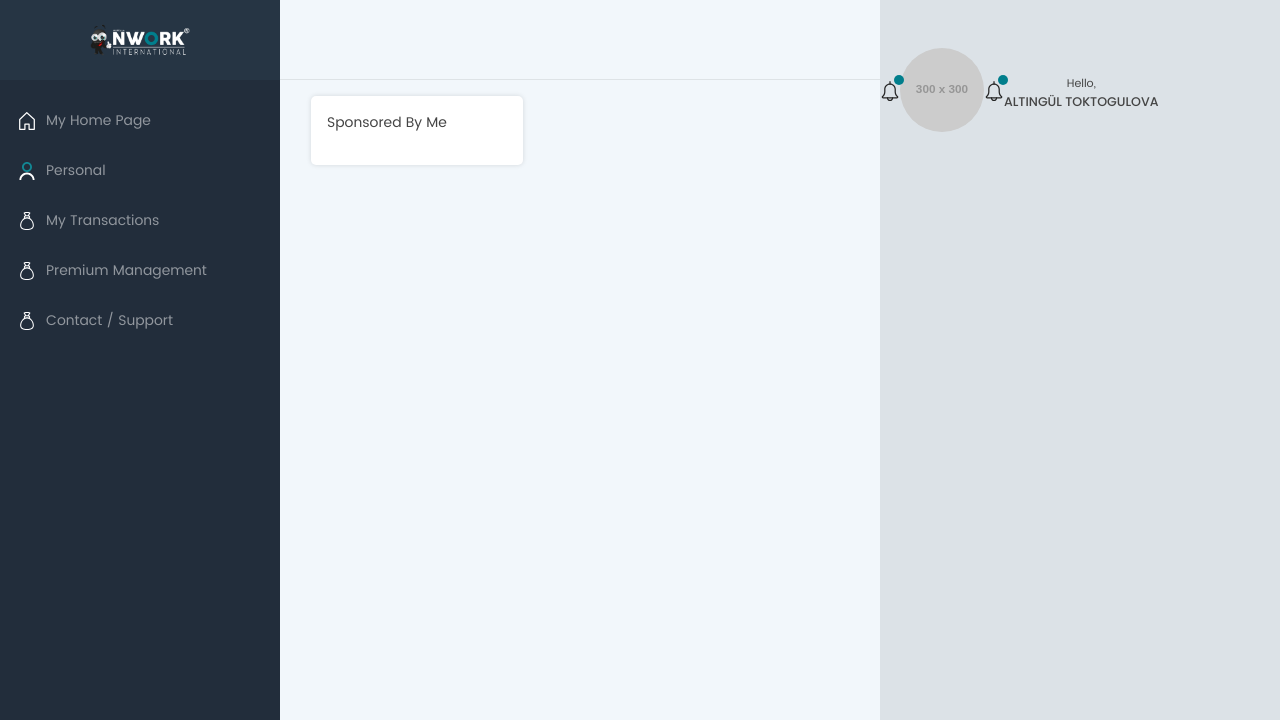
Repository: KayahanKahriman/nwork-admin
Page: index.html
These files come from the project's save history. The page is drawn as it stood at one moment and after the next save; the edit follows.
The browser window is 1280 px wide. The pictures show the whole page.
Some web fonts or font styles are not loaded; a fallback is used. The style sheet was rebuilt from its Sass, Less or Tailwind sources for each picture, by a compiler version that may differ from the author's.

Above is the page before, as saved 2021-06-09 16:16:16.

### index.html
<!doctype html>
<html>

<head>
    <meta name="viewport" content="width=device-width, initial-scale=1, maximum-scale=1, user-scalable=no">
    <meta charset="utf-8" />
    <title>Başlık</title>
    <link rel="preconnect" href="https://fonts.gstatic.com">
    <link href="https://fonts.googleapis.com/css2?family=Poppins:wght@300;400;600;800&display=swap" rel="stylesheet">
    <link href="assets/css/style.css" type="text/css" rel="stylesheet" />
</head>

<body>
    <header class="d-flex align-items-center">
        <div id="header-left" class="text-center p-3 d-flex align-items-center justify-content-center">
            <a href="#">
                <img width="100" src="./assets/images/logo-white.png" alt="">
            </a>
        </div>
        <div id="header-right" class="p-3 d-flex align-items-center justify-content-end">

        </div>
    </header>
    <aside>
        <div id="accordion-menu">
            <div class="accordion-item mb-4">
                <div class="accordion-title">
                    <svg class="accordion-icon" viewBox="0 0 512 512">
                        <path d="M475.425,200.225L262.092,4.669c-6.951-6.359-17.641-6.204-24.397,0.35L36.213,200.574 c-3.449,3.348-5.399,7.953-5.399,12.758v280.889c0,9.819,7.958,17.778,17.778,17.778h148.148c9.819,0,17.778-7.959,17.778-17.778    v-130.37h82.963v130.37c0,9.819,7.958,17.778,17.778,17.778h148.148c9.819,0,17.778-7.953,17.778-17.778V213.333    C481.185,208.349,479.099,203.597,475.425,200.225z M445.629,476.444H333.037v-130.37c0-9.819-7.959-17.778-17.778-17.778H196.741    c-9.819,0-17.778,7.959-17.778,17.778v130.37H66.37V220.853L250.424,42.216l195.206,178.939V476.444z" style="fill: rgb(255, 255, 255);"></path>
                    </svg>
                    <a href="#">My Home Page</a>
                </div>
            </div>
            <div class="accordion-item mb-4">
                <div class="accordion-title">
                    <svg class="accordion-icon" viewBox="0 0 19.738 19.738">
                        <path fill="#ffffff" d="M18.18,19.738h-2c0-3.374-2.83-6.118-6.311-6.118s-6.31,2.745-6.31,6.118h-2   c0-4.478,3.729-8.118,8.311-8.118C14.451,11.62,18.18,15.26,18.18,19.738z"></path>
                        <path fill="#128794" d="M9.87,10.97c-3.023,0-5.484-2.462-5.484-5.485C4.385,2.461,6.846,0,9.87,0   c3.025,0,5.486,2.46,5.486,5.485S12.895,10.97,9.87,10.97z M9.87,2C7.948,2,6.385,3.563,6.385,5.485S7.948,8.97,9.87,8.97   c1.923,0,3.486-1.563,3.486-3.485S11.791,2,9.87,2z"></path>
                    </svg>
                    Personal
                </div>
                <ul class="accordion-ul list-unstyled mb-0">
                    <li><a href="#">Info Update and Acquittal Form</a></li>
                    <li><a href="#">My Current Movements</a></li>
                    <li><a href="#">My Bank Info</a></li>
                    <li><a href="#">Membership Info</a></li>
                    <li><a href="#">Change Password</a></li>
                </ul>
            </div>
            <div class="accordion-item mb-4">
                <div class="accordion-title">
                    <svg class="accordion-icon" viewBox="0 0 512 512">
                        <path d="M394.919,225.259c-17.828-21.933-38.208-39.407-60.58-51.973c3.664-4.335,6.555-9.418,8.422-15.083    c7.326-22.309-3.375-48.809-30.688-57.442l38.289-66.765c4.831-8.426,0.491-19.158-8.824-21.866C313.854,4.081,285.076,0,256,0    s-57.854,4.081-85.538,12.13c-9.326,2.711-13.649,13.45-8.824,21.866l38.289,66.766c-27.205,8.589-38.041,35.05-30.684,57.453    c1.861,5.65,4.751,10.73,8.426,15.067c-22.375,12.566-42.757,30.042-60.587,51.977C81.441,269.106,61,324.413,61,377    c0,109.091,87.047,135,195,135c108.029,0,195-25.953,195-135C451,324.413,430.559,269.106,394.919,225.259z M197.496,36.218    C216.633,32.087,236.238,30,256,30c19.762,0,39.367,2.087,58.504,6.218L281.471,93.82c-16.919-2.362-34.018-2.361-50.941,0.001    L197.496,36.218z M207.296,129.896c25.815-8.468,52.823-10.073,79.08-4.824c0.031,0.006,0.063,0.012,0.094,0.018    c6.12,1.228,12.199,2.826,18.213,4.799c7.861,2.591,12.157,11.094,9.58,18.941c-1.873,5.683-6.818,9.597-12.635,10.231    C286.672,154.378,271.417,152,256,152c-15.386,0-30.611,2.368-45.538,7.032c-5.907-0.608-10.864-4.55-12.721-10.188    C195.16,140.983,199.456,132.479,207.296,129.896z M256,482.2c-117.196,0-165-30.62-165-105.2    c0-45.142,18.453-94.793,49.36-132.818C172.955,204.083,214.023,182,256,182c46.206,0,86.621,26.482,115.64,62.182    C402.547,282.207,421,331.858,421,377C421,451.58,373.196,482.2,256,482.2z" style="fill: rgb(255, 255, 255);"></path>
                    </svg>
                    My Transactions
                </div>
                <ul class="accordion-ul list-unstyled mb-0">
                    <li><a href="#">My Cart</a></li>
                    <li><a href="#">Orders</a></li>
                    <li><a href="#">Invoices</a></li>
                    <li><a href="#">Credit Card Capture</a></li>
                    <li><a href="#">Payment Notification</a></li>
                </ul>
            </div>
            <div class="accordion-item mb-4">
                <div class="accordion-title">
                    <svg class="accordion-icon" viewBox="0 0 512 512">
                        <path d="M394.919,225.259c-17.828-21.933-38.208-39.407-60.58-51.973c3.664-4.335,6.555-9.418,8.422-15.083    c7.326-22.309-3.375-48.809-30.688-57.442l38.289-66.765c4.831-8.426,0.491-19.158-8.824-21.866C313.854,4.081,285.076,0,256,0    s-57.854,4.081-85.538,12.13c-9.326,2.711-13.649,13.45-8.824,21.866l38.289,66.766c-27.205,8.589-38.041,35.05-30.684,57.453    c1.861,5.65,4.751,10.73,8.426,15.067c-22.375,12.566-42.757,30.042-60.587,51.977C81.441,269.106,61,324.413,61,377    c0,109.091,87.047,135,195,135c108.029,0,195-25.953,195-135C451,324.413,430.559,269.106,394.919,225.259z M197.496,36.218    C216.633,32.087,236.238,30,256,30c19.762,0,39.367,2.087,58.504,6.218L281.471,93.82c-16.919-2.362-34.018-2.361-50.941,0.001    L197.496,36.218z M207.296,129.896c25.815-8.468,52.823-10.073,79.08-4.824c0.031,0.006,0.063,0.012,0.094,0.018    c6.12,1.228,12.199,2.826,18.213,4.799c7.861,2.591,12.157,11.094,9.58,18.941c-1.873,5.683-6.818,9.597-12.635,10.231    C286.672,154.378,271.417,152,256,152c-15.386,0-30.611,2.368-45.538,7.032c-5.907-0.608-10.864-4.55-12.721-10.188    C195.16,140.983,199.456,132.479,207.296,129.896z M256,482.2c-117.196,0-165-30.62-165-105.2    c0-45.142,18.453-94.793,49.36-132.818C172.955,204.083,214.023,182,256,182c46.206,0,86.621,26.482,115.64,62.182    C402.547,282.207,421,331.858,421,377C421,451.58,373.196,482.2,256,482.2z" style="fill: rgb(255, 255, 255);"></path>
                    </svg>
                    Premium Management
                </div>
                <ul class="accordion-ul list-unstyled mb-0">
                    <li><a href="#">My Orders</a></li>
                    <li><a href="#">My Premiums</a></li>
                    <li><a href="#">My Clients</a></li>
                    <li><a href="#">Binary Tree</a></li>
                    <li><a href="#">Reference Tree</a></li>
                    <li><a href="#">Binary Turnover Movements</a></li>
                    <li><a href="#">Premium Reference</a></li>
                </ul>
            </div>
            <div class="accordion-item mb-4">
                <div class="accordion-title">
                    <svg class="accordion-icon" viewBox="0 0 512 512">
                        <path d="M394.919,225.259c-17.828-21.933-38.208-39.407-60.58-51.973c3.664-4.335,6.555-9.418,8.422-15.083    c7.326-22.309-3.375-48.809-30.688-57.442l38.289-66.765c4.831-8.426,0.491-19.158-8.824-21.866C313.854,4.081,285.076,0,256,0    s-57.854,4.081-85.538,12.13c-9.326,2.711-13.649,13.45-8.824,21.866l38.289,66.766c-27.205,8.589-38.041,35.05-30.684,57.453    c1.861,5.65,4.751,10.73,8.426,15.067c-22.375,12.566-42.757,30.042-60.587,51.977C81.441,269.106,61,324.413,61,377    c0,109.091,87.047,135,195,135c108.029,0,195-25.953,195-135C451,324.413,430.559,269.106,394.919,225.259z M197.496,36.218    C216.633,32.087,236.238,30,256,30c19.762,0,39.367,2.087,58.504,6.218L281.471,93.82c-16.919-2.362-34.018-2.361-50.941,0.001    L197.496,36.218z M207.296,129.896c25.815-8.468,52.823-10.073,79.08-4.824c0.031,0.006,0.063,0.012,0.094,0.018    c6.12,1.228,12.199,2.826,18.213,4.799c7.861,2.591,12.157,11.094,9.58,18.941c-1.873,5.683-6.818,9.597-12.635,10.231    C286.672,154.378,271.417,152,256,152c-15.386,0-30.611,2.368-45.538,7.032c-5.907-0.608-10.864-4.55-12.721-10.188    C195.16,140.983,199.456,132.479,207.296,129.896z M256,482.2c-117.196,0-165-30.62-165-105.2    c0-45.142,18.453-94.793,49.36-132.818C172.955,204.083,214.023,182,256,182c46.206,0,86.621,26.482,115.64,62.182    C402.547,282.207,421,331.858,421,377C421,451.58,373.196,482.2,256,482.2z" style="fill: rgb(255, 255, 255);"></path>
                    </svg>
                    Contact / Support
                </div>
                <ul class="accordion-ul list-unstyled mb-0">
                    <li><a href="#">Documents</a></li>
                </ul>
            </div>
        </div>
    </aside>
    <main class="p-3">
        <div class="container-fluid">
            <div class="row">
                <div class="col-3">
                    <div class="white-box shadow-box p-3">
                        <p>Sponsored By Me</p>
                    </div>
                </div>
            </div>
        </div>
    </main>
    <section id="user-aside" class="text-center py-5">

        <div class="d-flex align-items-center">
            <div id="notification" class="has-notification">
                <a href="#">
                    <svg fill="#242424" width="20" height="20" viewBox="-43 0 512 512">
                        <path d="m213.332031 512c-44.117187 0-80-35.882812-80-80 0-8.832031 7.167969-16 16-16s16 7.167969 16 16c0 26.476562 21.527344 48 48 48 26.476563 0 48-21.523438 48-48 0-8.832031 7.167969-16 16-16s16 7.167969 16 16c0 44.117188-35.882812 80-80 80zm0 0"></path>
                        <path d="m389.332031 448h-352c-20.585937 0-37.332031-16.746094-37.332031-37.332031 0-10.925781 4.757812-21.269531 13.054688-28.375 32.449218-27.414063 50.945312-67.261719 50.945312-109.480469v-59.480469c0-82.34375 66.988281-149.332031 149.332031-149.332031 82.347657 0 149.335938 66.988281 149.335938 149.332031v59.480469c0 42.21875 18.496093 82.066406 50.730469 109.332031 8.511718 7.253907 13.269531 17.597657 13.269531 28.523438 0 20.585937-16.746094 37.332031-37.335938 37.332031zm-176-352c-64.703125 0-117.332031 52.628906-117.332031 117.332031v59.480469c0 51.644531-22.632812 100.414062-62.078125 133.757812-.75.640626-1.921875 1.964844-1.921875 4.097657 0 2.898437 2.433594 5.332031 5.332031 5.332031h352c2.902344 0 5.335938-2.433594 5.335938-5.332031 0-2.132813-1.175781-3.457031-1.878907-4.054688-39.488281-33.386719-62.121093-82.15625-62.121093-133.800781v-59.480469c0-64.703125-52.628907-117.332031-117.335938-117.332031zm0 0"></path>
                        <path d="m213.332031 96c-8.832031 0-16-7.167969-16-16v-64c0-8.832031 7.167969-16 16-16s16 7.167969 16 16v64c0 8.832031-7.167969 16-16 16zm0 0"></path>
                    </svg>
                    <i></i>
                </a>
            </div>

            <div id="user-image">
                <img class="img-cover" src="//via.placeholder.com/300x300" alt="">
            </div>

            <div id="notification" class="has-notification">
                <a href="#">
                    <svg fill="#242424" width="20" height="20" viewBox="-43 0 512 512">
                        <path d="m213.332031 512c-44.117187 0-80-35.882812-80-80 0-8.832031 7.167969-16 16-16s16 7.167969 16 16c0 26.476562 21.527344 48 48 48 26.476563 0 48-21.523438 48-48 0-8.832031 7.167969-16 16-16s16 7.167969 16 16c0 44.117188-35.882812 80-80 80zm0 0"></path>
                        <path d="m389.332031 448h-352c-20.585937 0-37.332031-16.746094-37.332031-37.332031 0-10.925781 4.757812-21.269531 13.054688-28.375 32.449218-27.414063 50.945312-67.261719 50.945312-109.480469v-59.480469c0-82.34375 66.988281-149.332031 149.332031-149.332031 82.347657 0 149.335938 66.988281 149.335938 149.332031v59.480469c0 42.21875 18.496093 82.066406 50.730469 109.332031 8.511718 7.253907 13.269531 17.597657 13.269531 28.523438 0 20.585937-16.746094 37.332031-37.335938 37.332031zm-176-352c-64.703125 0-117.332031 52.628906-117.332031 117.332031v59.480469c0 51.644531-22.632812 100.414062-62.078125 133.757812-.75.640626-1.921875 1.964844-1.921875 4.097657 0 2.898437 2.433594 5.332031 5.332031 5.332031h352c2.902344 0 5.335938-2.433594 5.335938-5.332031 0-2.132813-1.175781-3.457031-1.878907-4.054688-39.488281-33.386719-62.121093-82.15625-62.121093-133.800781v-59.480469c0-64.703125-52.628907-117.332031-117.335938-117.332031zm0 0"></path>
                        <path d="m213.332031 96c-8.832031 0-16-7.167969-16-16v-64c0-8.832031 7.167969-16 16-16s16 7.167969 16 16v64c0 8.832031-7.167969 16-16 16zm0 0"></path>
                    </svg>
                    <i></i>
                </a>
            </div>

            <div id="user" class="mt-2">
                <span>Hello,</span>
                <p class="mb-0">altıngül toktogulova</p>
            </div>
        </div>

    </section>
    <script type="text/javascript" src="assets/js/index.js"></script>
    <script type="text/javascript" src="assets/js/accordion.js"></script>
</body>

</html>

### assets/scss/style.scss
@import "main";

main {
  margin-left: var(--aside-width);
}

.white-box {
  background: white;
  border-radius: 5px;
  position: relative;
}

.shadow-box {
  box-shadow: 0 0 5px #00000020;
}

.box-title {
  font-weight: normal;
}

/*------------------------------------*\
    RESPONSIVE
\*------------------------------------*/

@media only screen and (min-width: 320px) {
}

@media only screen and (min-width: 480px) {
}

@media only screen and (min-width: 768px) {
}

@media only screen and (min-width: 1024px) {
}

@media only screen and (min-width: 1140px) {
}

@media only screen and (min-width: 1280px) {
}

@media only screen and (-webkit-min-device-pixel-ratio: 1.5),
  only screen and (min-resolution: 144dpi) {
}

### assets/scss/flex-grid/_flexgrid.scss
@import "functions";
@import "variables";
@import "mixins";
@import "reboot";
@import "utilities";
@import "grid";

### assets/scss/flex-grid/_mixins.scss
// Toggles
//
// Used in conjunction with global variables to enable certain theme features.

// Vendor
@import "vendor/rfs";


// Utilities
@import "mixins/breakpoints";
@import "mixins/image";
@import "mixins/hover";
@import "mixins/deprecate";
@import "mixins/text-hide";
@import "mixins/text-truncate";
@import "mixins/text-emphasis";
@import "mixins/size";


// // Layout
@import "mixins/clearfix";
@import "mixins/grid-framework";
@import "mixins/grid";
@import "mixins/float";

### assets/scss/flex-grid/mixins/_image.scss
// Image Mixins
// - Responsive image
// - Retina image


// Responsive image
//
// Keep images from scaling beyond the width of their parents.

@mixin img-fluid {
  // Part 1: Set a maximum relative to the parent
  max-width: 100%;
  // Part 2: Override the height to auto, otherwise images will be stretched
  // when setting a width and height attribute on the img element.
  height: auto;
}


// Retina image
//
// Short retina mixin for setting background-image and -size.

@mixin img-retina($file-1x, $file-2x, $width-1x, $height-1x) {
  background-image: url($file-1x);

  // Autoprefixer takes care of adding -webkit-min-device-pixel-ratio and -o-min-device-pixel-ratio,
  // but doesn't convert dppx=>dpi.
  // There's no such thing as unprefixed min-device-pixel-ratio since it's nonstandard.
  // Compatibility info: https://caniuse.com/#feat=css-media-resolution
  @media only screen and (min-resolution: 192dpi), // IE9-11 don't support dppx
    only screen and (min-resolution: 2dppx) { // Standardized
    background-image: url($file-2x);
    background-size: $width-1x $height-1x;
  }
  @include deprecate("`img-retina()`", "v4.3.0", "v5");
}

### assets/scss/flex-grid/mixins/_hover.scss
// Hover mixin and `$enable-hover-media-query` are deprecated.
//
// Originally added during our alphas and maintained during betas, this mixin was
// designed to prevent `:hover` stickiness on iOS-an issue where hover styles
// would persist after initial touch.
//
// For backward compatibility, we've kept these mixins and updated them to
// always return their regular pseudo-classes instead of a shimmed media query.
//
// Issue: https://github.com/twbs/bootstrap/issues/25195

@mixin hover {
  &:hover { @content; }
}

@mixin hover-focus {
  &:hover,
  &:focus {
    @content;
  }
}

@mixin plain-hover-focus {
  &,
  &:hover,
  &:focus {
    @content;
  }
}

@mixin hover-focus-active {
  &:hover,
  &:focus,
  &:active {
    @content;
  }
}

### assets/scss/flex-grid/mixins/_grid.scss
/// Grid system
//
// Generate semantic grid columns with these mixins.

@mixin make-container($gutter: $grid-gutter-width) {
  width: 100%;
  padding-right: $gutter / 2;
  padding-left: $gutter / 2;
  margin-right: auto;
  margin-left: auto;
}


// For each breakpoint, define the maximum width of the container in a media query
@mixin make-container-max-widths($max-widths: $container-max-widths, $breakpoints: $grid-breakpoints) {
  @each $breakpoint, $container-max-width in $max-widths {
    @include media-breakpoint-up($breakpoint, $breakpoints) {
      max-width: $container-max-width;
    }
  }
}

@mixin make-row($gutter: $grid-gutter-width) {
  display: flex;
  flex-wrap: wrap;
  margin-right: -$gutter / 2;
  margin-left: -$gutter / 2;
}

@mixin make-col-ready($gutter: $grid-gutter-width) {
  position: relative;
  // Prevent columns from becoming too narrow when at smaller grid tiers by
  // always setting `width: 100%;`. This works because we use `flex` values
  // later on to override this initial width.
  width: 100%;
  padding-right: $gutter / 2;
  padding-left: $gutter / 2;
}

@mixin make-col($size, $columns: $grid-columns) {
  flex: 0 0 percentage($size / $columns);
  // Add a `max-width` to ensure content within each column does not blow out
  // the width of the column. Applies to IE10+ and Firefox. Chrome and Safari
  // do not appear to require this.
  max-width: percentage($size / $columns);
}

@mixin make-col-offset($size, $columns: $grid-columns) {
  $num: $size / $columns;
  margin-left: if($num == 0, 0, percentage($num));
}

### assets/scss/flex-grid/_utilities.scss
@import "utilities/align";
@import "utilities/clearfix";
@import "utilities/display";
@import "utilities/flex";
@import "utilities/float";
@import "utilities/position";
@import "utilities/text";
@import "utilities/spacing";
@import "utilities/sizing";

### assets/scss/flex-grid/_grid.scss
// Container widths
//
// Set the container width, and override it for fixed navbars in media queries.

@if $enable-grid-classes {
  .container {
    @include make-container();
    @include make-container-max-widths();
  }
}

// Fluid container
//
// Utilizes the mixin meant for fixed width containers, but with 100% width for
// fluid, full width layouts.

@if $enable-grid-classes {
  .container-fluid {
    @include make-container();
  }
}

// Row
//
// Rows contain and clear the floats of your columns.

@if $enable-grid-classes {
  .row {
    @include make-row();
  }

  // Remove the negative margin from default .row, then the horizontal padding
  // from all immediate children columns (to prevent runaway style inheritance).
  .no-gutters {
    margin-right: 0;
    margin-left: 0;

    > .col,
    > [class*="col-"] {
      padding-right: 0;
      padding-left: 0;
    }
  }
}

// Columns
//
// Common styles for small and large grid columns

@if $enable-grid-classes {
  @include make-grid-columns();
}

### assets/scss/_vars.scss
$primary-color: #079ca5;
$text-color: #0d0a46;
$link-color: #0d0a46;
$bg: #f7f8fc;
$poppins-light: "Poppins-Light";
$poppins-regular: "Poppins-Regular";
$poppins-medium: "Poppins-Medium";
$poppins-bold: "Poppins-Bold";
$default-font: $poppins-regular;

### assets/scss/_colors.scss
:root {
  --primary-color: #017e8c;
  --dark-blue: #222d3b;
  --border-color: #00000015;
  --light-gray: #f9f9f9;
  --light-blue: #b4c0cd;
  --logo-bg: #263544;
  --bg-color: #f2f7fb;
  --darker-bg-color: #dce2e7;
  --text-color: #444444;
}

### assets/scss/_img.scss
@mixin img($size, $alignment) {
  width: 100%;
  height: 100%;
  object-fit: $size;
  object-position: $alignment;
}

.img-cover {
  @include img(cover, center center);
}

.img-contain {
  @include img(contain, center center);
}

### assets/scss/_sizes.scss
:root {
  --header-height: 80px;
  --aside-width: 280px;
  --user-aside-width: 400px;
  --main-width: calc((100% - var(--aside-width)) - var(--user-aside-width));
}

### assets/scss/_header.scss
header {
  height: var(--header-height);
  #header-left {
    width: var(--aside-width);
    background: var(--logo-bg);
    height: 100%;
  }
  #header-right {
    width: var(--main-width);
    border-bottom: 1px solid var(--border-color);
    height: 100%;
  }
}

### assets/scss/_aside.scss
aside {
  width: var(--aside-width);
  height: 100vh;
  background: var(--dark-blue);
  position: fixed;
}

### assets/scss/_user-aside.scss
#user-aside {
  width: var(--user-aside-width);
  position: fixed;
  top: 0;
  right: 0;
  background: var(--darker-bg-color);
  height: 100vw;
}

#user-image {
  border-radius: 50%;
  width: 6em;
  height: 6em;
  overflow: hidden;
}

#user {
  span {
    font-style: normal;
    display: block;
    font-size: 0.8em;
  }
  p {
    font-size: 0.9em;
    font-family: $poppins-medium;
    text-transform: uppercase;
  }
}
.has-notification {
  position: relative;
  i {
    background: var(--primary-color);
    width: 10px;
    height: 10px;
    border-radius: 50%;
    position: absolute;
    top: -4px;
    right: -4px;
  }
}

### assets/scss/_accordion-menu.scss
#accordion-menu {
  padding: 30px 0;
}

.accordion-item {
  padding: 0 15px;
  border-left: 3px solid transparent;
  transition: all 0.3s ease-in-out;
  max-height: 30px;
  overflow: hidden;
}

.accordion-active-item {
  border-color: var(--primary-color);
  transition: all 0.3s ease-in-out;
  max-height: 1000px;
}

.accordion-icon {
  width: 18px;
  height: 18px;
}

.accordion-title {
  display: flex;
  align-items: center;
  column-gap: 10px;
  margin-bottom: 5px;
  cursor: pointer;
  color: #ffffff80;
  transition: all 0.2s ease-in-out;

  &:hover {
    color: #ffffff;
    a {
      color: #ffffff;
    }
  }

  a {
    color: #ffffff80;
    transition: all 0.2s ease-in-out;
  }

  &.accordion-active {
    color: white;
  }
}

.accordion-ul {
  overflow: hidden;
  padding-left: 25px;
  transition: all 0.3s ease-in-out;
  max-height: 0;
  transform: scaleY(0);
  transform-origin: top left;
  li {
    a {
      background-image: url("data:[embedded picture, 478 characters]");
      background-repeat: no-repeat;
      background-size: 10px 10px;
      background-position: 0 11px;
      display: block;
      padding: 8px 0 8px 15px;
      font-size: 0.9em;
      color: #ffffff80;
      transition: all 0.2s ease-in-out;

      &:hover {
        color: white;
      }
    }
  }
}

.accordion-toggle {
  max-height: 100%;
  transition: all 0.3s ease-in-out;
  transform: scaleY(1);
}

Loaded but not shown: assets/scss/flex-grid/vendor/_rfs.scss (common file); assets/scss/flex-grid/mixins/_deprecate.scss (common file); assets/scss/flex-grid/mixins/_text-hide.scss (common file); assets/scss/flex-grid/mixins/_text-truncate.scss (common file); assets/scss/flex-grid/mixins/_text-emphasis.scss (common file); assets/scss/flex-grid/mixins/_size.scss (common file); assets/scss/flex-grid/mixins/_clearfix.scss (common file); assets/scss/flex-grid/mixins/_float.scss (common file); assets/scss/flex-grid/utilities/_align.scss (common file); assets/scss/flex-grid/utilities/_clearfix.scss (common file); assets/scss/flex-grid/utilities/_display.scss (common file); assets/scss/flex-grid/utilities/_float.scss (common file); assets/scss/flex-grid/utilities/_position.scss (common file); assets/scss/flex-grid/utilities/_sizing.scss (common file); assets/js/accordion.js (20 lines, source omitted); assets/scss/flex-grid/_variables.scss (1123 lines, source omitted); assets/scss/flex-grid/_reboot.scss (483 lines, source omitted); assets/scss/flex-grid/mixins/_breakpoints.scss (123 lines, source omitted); assets/scss/flex-grid/utilities/_flex.scss (51 lines, source omitted); assets/scss/flex-grid/_functions.scss (86 lines, source omitted); assets/scss/flex-grid/utilities/_spacing.scss (73 lines, source omitted); assets/scss/flex-grid/utilities/_text.scss (72 lines, source omitted); assets/scss/_main.scss (112 lines, source omitted); assets/scss/flex-grid/mixins/_grid-framework.scss (66 lines, source omitted); assets/js/index.js (no copy from this time; the picture is the same without it)

After the next save:
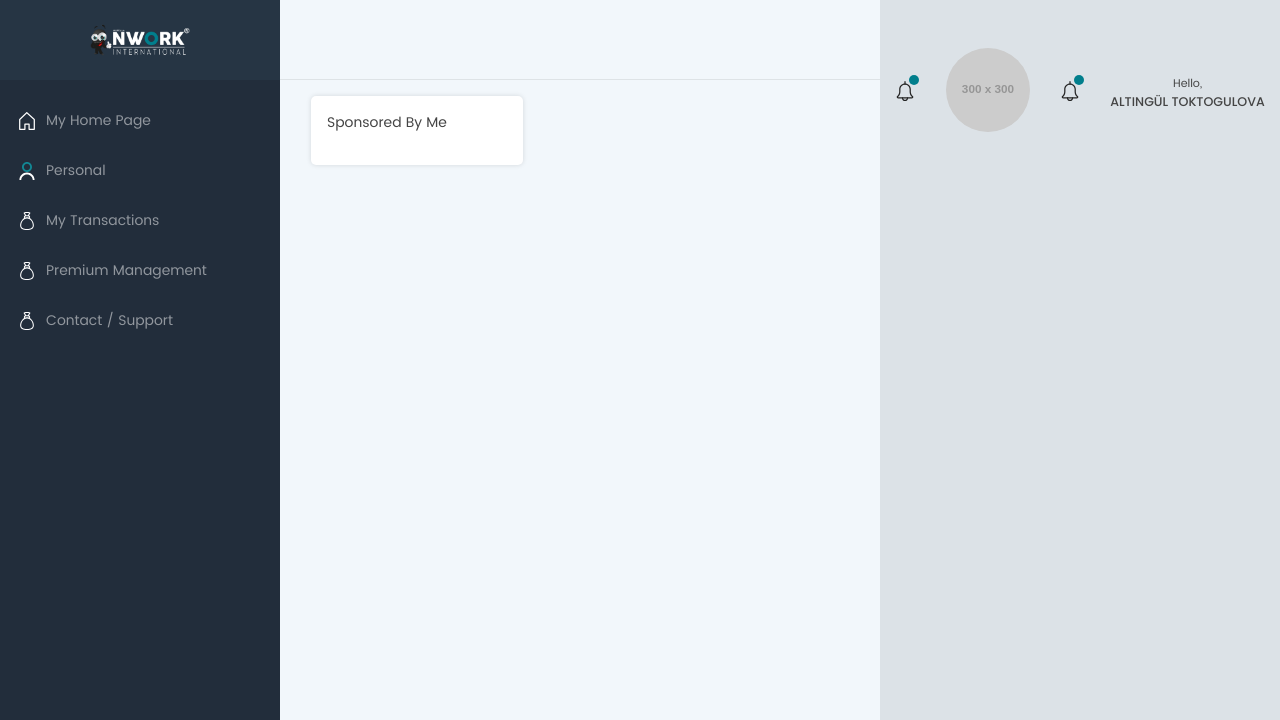
Saved 11 s later.
--- a/index.html
+++ b/index.html
@@ -105,7 +105,7 @@
     </main>
     <section id="user-aside" class="text-center py-5">
 
-        <div class="d-flex align-items-center">
+        <div class="d-flex align-items-center justify-content-around">
             <div id="notification" class="has-notification">
                 <a href="#">
                     <svg fill="#242424" width="20" height="20" viewBox="-43 0 512 512">
